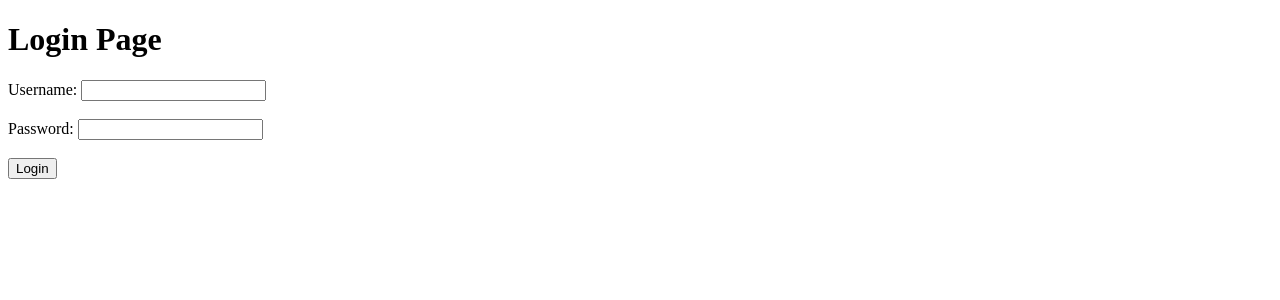
Repository: imrann0/sosyalyardim
Page: http://localhost/basic-webapp/kayitol.jsp
An editor plug-in stored every save of this project. The page is shown before and after a run of saves, followed by the edit.
The browser window is 1280 px wide. The pictures show the whole page.
The page is served by Tomcat 10. Other server files are loaded and not shown.

Above is the page before, as saved 2023-06-23 11:20:18.

### basic-webapp/src/main/webapp/kayitol.jsp
<!DOCTYPE html>
<html>
<head>
    <meta charset="UTF-8">
    <title>Login</title>
</head>
<body>
    <h1>Login Page</h1>
    <form action="login" method="post">
        <label for="username">Username:</label>
        <input type="text" id="username" name="username" required><br><br>
        <label for="password">Password:</label>
        <input type="password" id="password" name="password" required><br><br>
        <input type="submit" value="Login">
    </form>


</body>
</html>

After the next 2 saves:
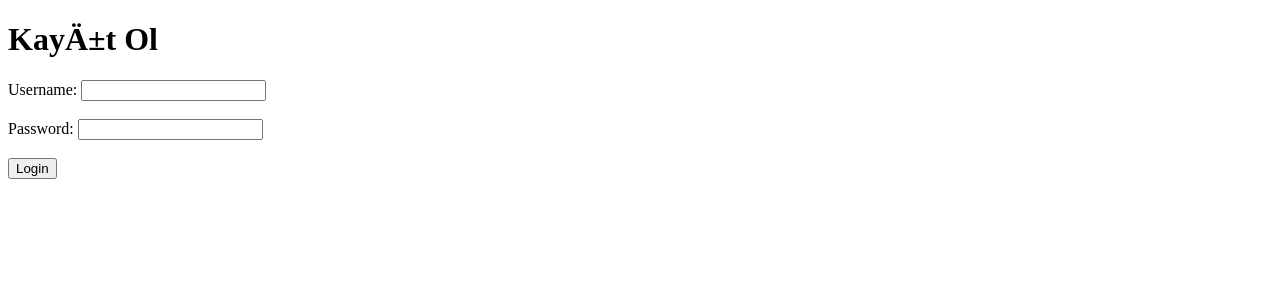
The 2 saves are shown as one change because they came seconds apart.
The last was saved 21 s later.
--- a/basic-webapp/src/main/webapp/kayitol.jsp
+++ b/basic-webapp/src/main/webapp/kayitol.jsp
@@ -5,7 +5,7 @@
     <title>Login</title>
 </head>
 <body>
-    <h1>Login Page</h1>
+    <h1>Kayıt Ol</h1>
     <form action="login" method="post">
         <label for="username">Username:</label>
         <input type="text" id="username" name="username" required><br><br>
